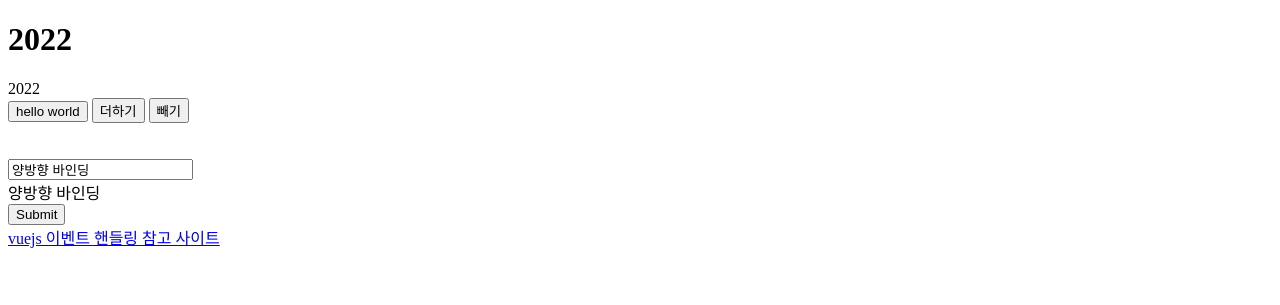
Repository: RyuGeunHwan/code_J
Page: Vuejs/22-08-09 vuejs 양방향 바인딩.html
These files come from the project's save history. The page is drawn as it stood at one moment and after the next save; the edit follows.
The browser window is 1280 px wide. The pictures show the whole page.

Above is the page before, as saved 2022-08-09 15:54:31.

### Vuejs/22-08-09 vuejs 양방향 바인딩.html
<!DOCTYPE html>
<html lang="en">
<head>
    <meta charset="UTF-8">
    <meta http-equiv="X-UA-Compatible" content="IE=edge">
    <meta name="viewport" content="width=device-width, initial-scale=1.0">
    <title>vuejs 양방향 바인딩</title>
    <!-- vue CDN -->
    <script src="https://cdn.jsdelivr.net/npm/vue/dist/vue.js"></script>

</head>
<body>

    <!-- 이벤트 실행하기 위해서는 v-on: 을 사용한다. v-on: => @ 으로 대체 가능-->
    <!-- 바인딩을 하기 위해서는 v-bind: 를 사용한다. v-bind 생략후 :(colon만 사용가능) -->

    <div id="app">
        <h1>{{year}}</h1>
        {{year}} <br>
        <!-- alert이라는 함수 호출 -->
        <button v-on:click="alert()">hello world</button>

        <!-- plus이라는 함수 호출 -->
        <button v-on:click="plus()">더하기</button>

        <!-- minus이라는 함수 호출 -->
        <button v-on:click="minus()">빼기</button>
        <br>
        </br>
        <!-- from태그는 default: reload를 한다. -->
        <!-- .prevent  =>  이벤트 수식어로써 제출 이벤트가 페이지를 리로드하지 않습니다. -->
        <br v-on:submit.prevent="submit">


            <!-- <input :type="text" :value="text" @keyup="updateText"><br> -->
            <!-- :value="text" @keyup="updateText"   =====>>>   v-model="text" -->
            <input type="text" v-model="text" v-on:click="removeInputValue()"> </br>
            <!-- inputbox 미리보기 -->
            {{ text }} <br>


            <button type="submit">Submit</button>
        </form>
        <br>
        <!-- vuejs함수 확인, a태그를 link+file을 합쳐줬다. -->
        <a :href="vuejs('events.html')">vuejs 이벤트 핸들링 참고 사이트</a>
    </div>


    <script>
        new Vue({
            el: '#app',
            data: {
                year: 2022,
                text:'양방향 바인딩',
                link: 'https://kr.vuejs.org/v2/guide/'
            },
            methods: {
                vuejs(file){
                    return this.link+file;
                },
                alert(){
                    alert('hello world!');
                },
                plus(){
                    this.year++;
                },
                minus(){
                    this.year--;
                },
                submit(){
                    alert('submited')
                    console.log('hello world');
                },
                // updateText(event){
                //     // inputbox 미리보기 함수
                //     // keyup이벤트의 Object를 event에 대입한 것.
                //     // console.log(event);
                //     this.text = event.target.value;
                // }
                removeInputValue(){
                    input.value.remove;
                }
            }
        })
    </script>
</body>
</html>

After the next save:
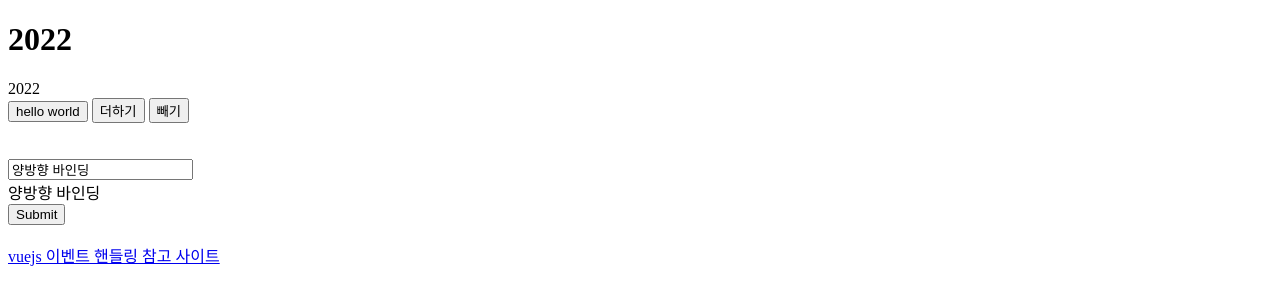
Saved 64 s later.
--- a/Vuejs/22-08-09 vuejs 양방향 바인딩.html
+++ b/Vuejs/22-08-09 vuejs 양방향 바인딩.html
@@ -42,6 +42,7 @@
             <button type="submit">Submit</button>
         </form>
         <br>
+        <br>
         <!-- vuejs함수 확인, a태그를 link+file을 합쳐줬다. -->
         <a :href="vuejs('events.html')">vuejs 이벤트 핸들링 참고 사이트</a>
     </div>
@@ -79,7 +80,7 @@
                 //     this.text = event.target.value;
                 // }
                 removeInputValue(){
-                    input.value.remove;
+                    this.text="";
                 }
             }
         })
